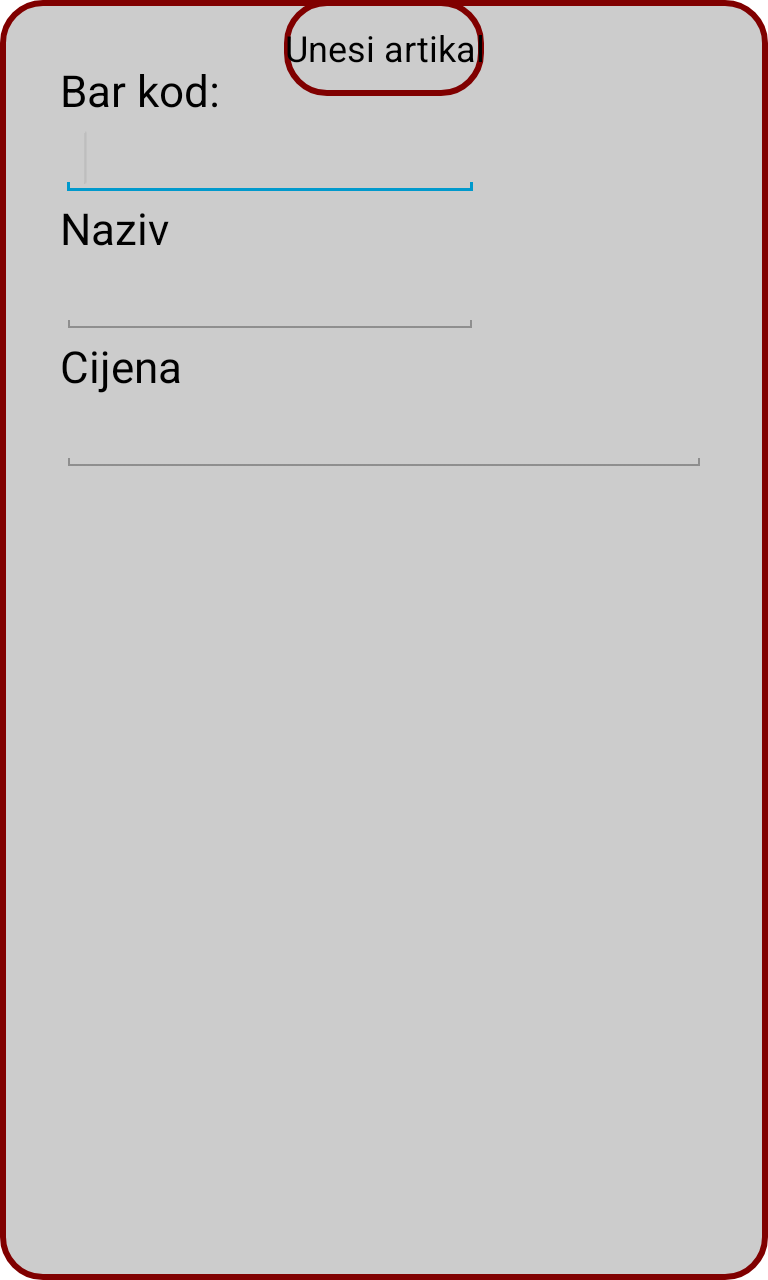
Repository: dzenisahusic/AndroidApp
Layout: Edit2014Sales/res/layout/fragment_unosartikla.xml
An editor plug-in stored every save of this project. The layout is shown before and after the next save, followed by the edit.
It is drawn on a 768 x 1280 px phone screen (xhdpi) without system bars, with theme AppTheme; the app's code is not run.

Above is the layout before, as saved 2014-07-15 17:29:07.

### Edit2014Sales/res/layout/fragment_unosartikla.xml
<RelativeLayout xmlns:android="http://schemas.android.com/apk/res/android"
    xmlns:tools="http://schemas.android.com/tools"
    android:layout_width="match_parent"
    android:layout_height="match_parent"
    tools:context="${relativePackage}.${activityClass}"
    android:background="@drawable/rounded_corner_top"
    >

    <LinearLayout
        android:id="@+id/linearLayout2"
        android:layout_width="fill_parent"
        android:layout_height="wrap_content"
        android:layout_alignParentLeft="true"
        android:layout_alignParentTop="true"
        android:orientation="vertical"
        android:layout_marginTop="30dip"
        android:layout_marginRight="30dip"
        android:layout_marginLeft="30dip"
        >

        <TextView
            android:id="@+id/textView1"
            android:layout_width="wrap_content"
            android:layout_height="wrap_content"
            android:text="Bar kod:"
            android:textAppearance="?android:attr/textAppearanceLarge" />

        <EditText
            android:id="@+id/tBarkod"
            android:layout_width="wrap_content"
            android:layout_height="wrap_content"
            android:layout_weight="1"
            android:ems="10" >

            <requestFocus />
        </EditText>
    </LinearLayout>

    <LinearLayout
        android:id="@+id/linearLayout1"
        android:layout_width="fill_parent"
        android:layout_height="wrap_content"
        android:layout_alignParentLeft="true"
        android:layout_below="@+id/linearLayout2"
        android:layout_marginLeft="30dip"
        android:layout_marginRight="30dip"
        android:orientation="vertical" >

        <TextView
            android:id="@+id/textView3"
            android:layout_width="wrap_content"
            android:layout_height="wrap_content"
            android:text="Naziv"
            android:textAppearance="?android:attr/textAppearanceLarge" />

        <EditText
            android:id="@+id/tCijena"
            android:layout_width="wrap_content"
            android:layout_height="wrap_content"
            android:layout_weight="1"
            android:ems="10" />
    </LinearLayout>

    <LinearLayout
        android:id="@+id/linearLayout3"
        android:layout_width="fill_parent"
        android:layout_height="wrap_content"
        android:layout_alignParentLeft="true"
        android:layout_below="@+id/linearLayout1"
        android:orientation="vertical"
        android:layout_marginRight="30dip"
        android:layout_marginLeft="30dip" >

        <TextView
            android:id="@+id/textView2"
            android:layout_width="wrap_content"
            android:layout_height="wrap_content"
            android:text="Cijena"
            android:textAppearance="?android:attr/textAppearanceLarge" />

        <EditText
            android:id="@+id/tNaziv"
            android:layout_width="fill_parent"
            android:layout_height="wrap_content"
            android:layout_weight="1"
            android:ems="10" />
    </LinearLayout>

    <Button
        android:id="@+id/bDodaj"
        android:layout_width="wrap_content"
        android:layout_height="wrap_content"
        android:layout_centerHorizontal="true"
        android:text="Unesi artikal"
        android:background="@drawable/rounded_corner_top" />

</RelativeLayout>

### Edit2014Sales/res/values/styles.xml
<resources>

    <!--
        Base application theme, dependent on API level. This theme is replaced
        by AppBaseTheme from res/values-vXX/styles.xml on newer devices.
    -->
    <style name="AppBaseTheme" parent="android:Theme.Light">
        <!--
            Theme customizations available in newer API levels can go in
            res/values-vXX/styles.xml, while customizations related to
            backward-compatibility can go here.
        -->
    </style>

    <!-- Application theme. -->
    <style name="AppTheme" parent="AppBaseTheme">
        <!-- All customizations that are NOT specific to a particular API-level can go here. -->
    </style>
 <style name="Animations" />

    <style name="Animations.PopDownMenu" />

    <style name="Animations.PopDownMenu.Left">
        <item name="@android:windowEnterAnimation">@anim/grow_from_topleft_to_bottomright</item>
        <item name="@android:windowExitAnimation">@anim/shrink_from_bottomright_to_topleft</item>
    </style>


    <style name="Animations.PopUpMenu" />

    <style name="Animations.PopUpMenu.Left">
        <item name="@android:windowEnterAnimation">@anim/grow_from_bottomleft_to_topright</item>
        <item name="@android:windowExitAnimation">@anim/shrink_from_topright_to_bottomleft</item>
    </style>
</resources>

### Edit2014Sales/res/drawable-hdpi/rounded_corner_top.xml
<?xml version="1.0" encoding="UTF-8"?>

  <shape xmlns:android="http://schemas.android.com/apk/res/android" android:shape="rectangle">
  <corners android:radius="20dp"/>
  <solid android:color="#CCCCCC"/>
  <stroke
        android:width="3dp"
        android:color="#800000" >
    </stroke>
</shape>

Loaded but not shown: Edit2014Sales/res/values-v11/styles.xml (common file); Edit2014Sales/res/values-v14/styles.xml (common file)

After the next save:
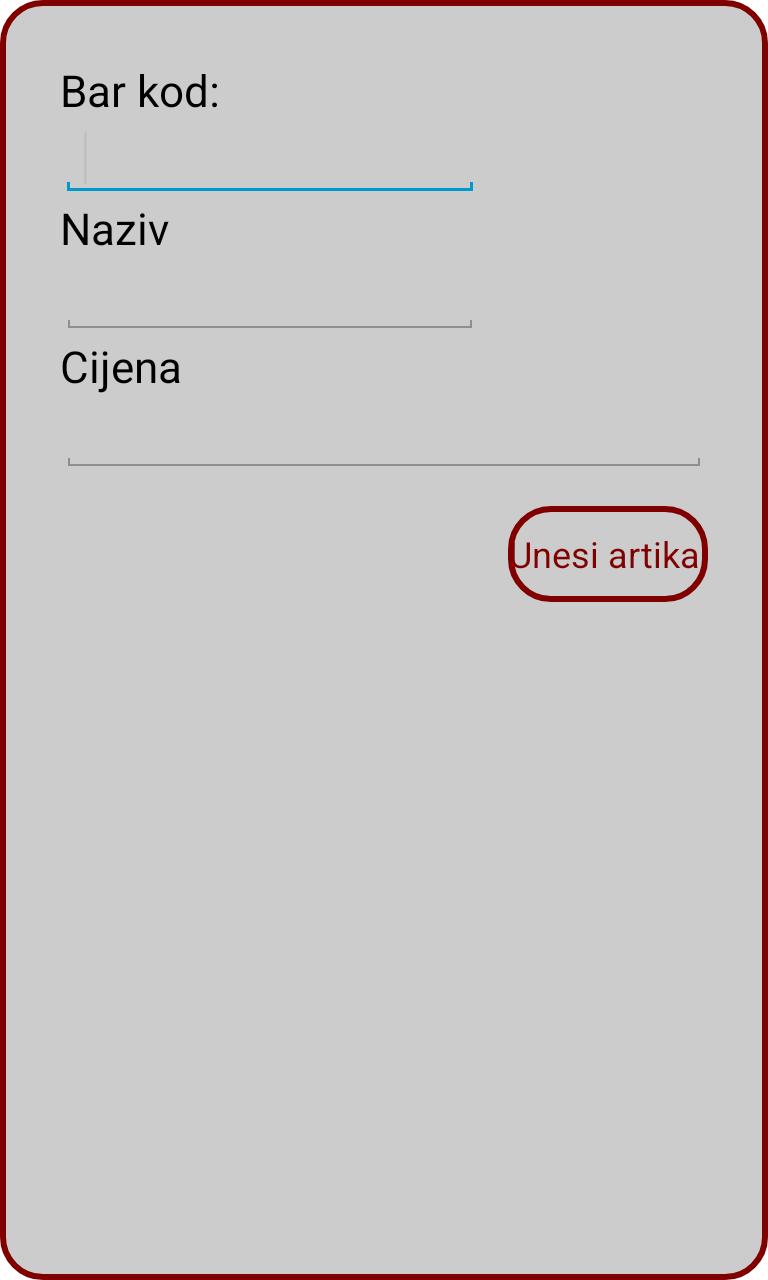
Saved 2 min 56 s later.
--- a/Edit2014Sales/res/layout/fragment_unosartikla.xml
+++ b/Edit2014Sales/res/layout/fragment_unosartikla.xml
@@ -90,8 +90,11 @@
         android:id="@+id/bDodaj"
         android:layout_width="wrap_content"
         android:layout_height="wrap_content"
-        android:layout_centerHorizontal="true"
+        android:layout_alignRight="@+id/linearLayout3"
+        android:layout_below="@+id/linearLayout3"
+        android:layout_marginTop="16dp"
+        android:background="@drawable/rounded_corner_top"
         android:text="Unesi artikal"
-        android:background="@drawable/rounded_corner_top" />
+        android:textColor="#800000" />
 
 </RelativeLayout>
